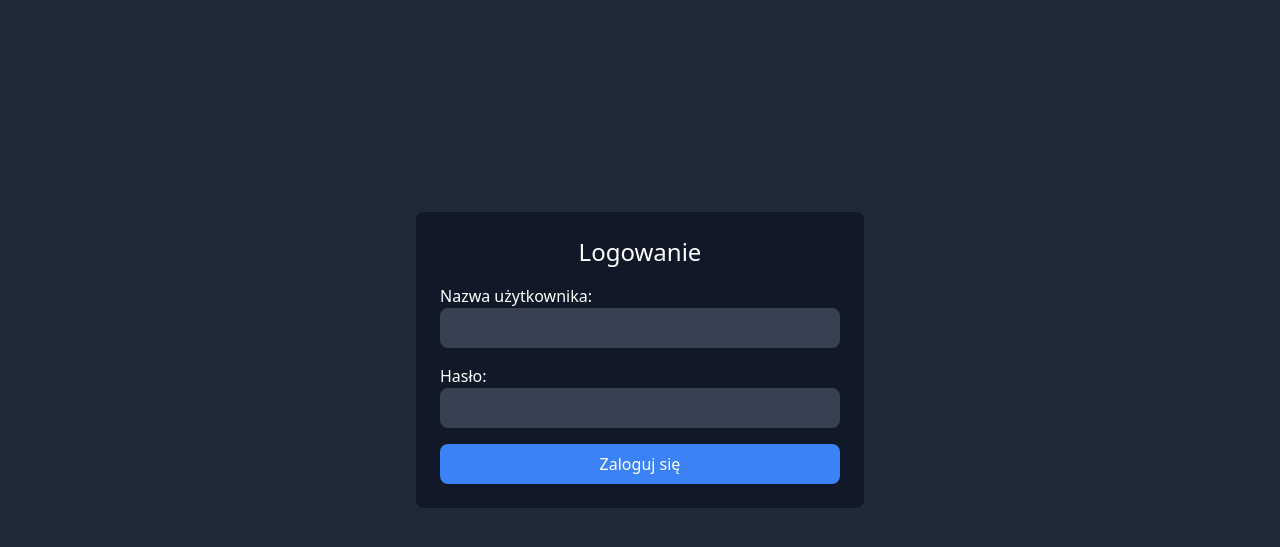
Repository: DaveCala/AplikacjaMeble
Page: http://localhost/login/login.php
These files come from the project's save history. The page is drawn as it stood at one moment and after the next save; the edit follows.
The browser window is 1280 px wide. The pictures show the whole page.
Some web libraries are served in a nearby version. The page is run by PHP 8.4 with error messages shown; the project is at /var/www/html/.

Above is the page before, as saved 2024-11-29 11:33:31.

After the next save:
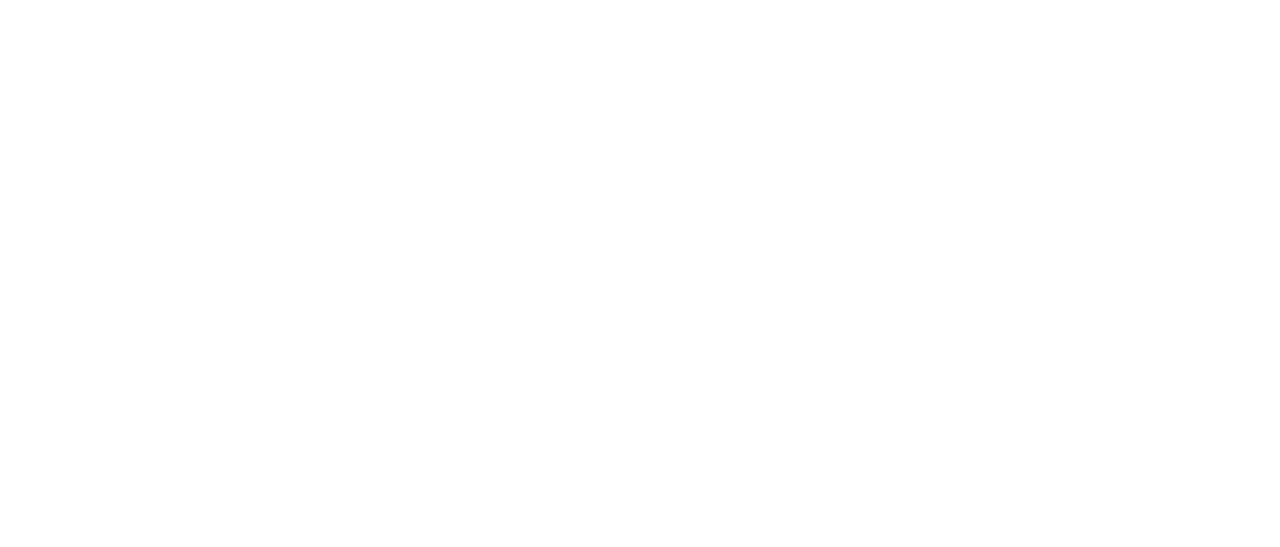
Saved 87 s later.
--- a/login/login.php
+++ b/login/login.php
@@ -37,41 +37,3 @@
     unset($password);
 }
 ?>
-
-<!DOCTYPE html>
-<html lang="pl">
-<head>
-    <meta charset="UTF-8">
-    <meta name="viewport" content="width=device-width, initial-scale=1.0">
-    <title>Logowanie</title>
-    <script src="https://cdn.tailwindcss.com"></script>
-</head>
-<body class="bg-gray-800 flex items-center justify-center min-h-screen">
-
-    <div class="bg-gray-900 p-6 rounded-lg w-full max-w-md">
-        <h1 class="text-white text-2xl mb-4 text-center">Logowanie</h1>
-
-        <!-- Wyświetlanie komunikatu o błędzie -->
-        <?php if (isset($_SESSION['error_message'])) : ?>
-            <div class="bg-red-600 text-white py-2 px-4 rounded-lg mb-4">
-                <?php echo htmlspecialchars($_SESSION['error_message']); ?>
-            </div>
-            <?php unset($_SESSION['error_message']); // Usuwamy komunikat po wyświetleniu ?>
-        <?php endif; ?>
-
-        <!-- Formularz logowania -->
-        <form method="POST" action="login.php">
-            <div class="mb-4">
-                <label for="username" class="block text-white">Nazwa użytkownika:</label>
-                <input type="text" name="username" id="username" class="w-full py-2 px-4 rounded-lg bg-gray-700 text-white" value="<?php echo isset($username) ? htmlspecialchars($username) : ''; ?>">
-            </div>
-            <div class="mb-4">
-                <label for="password" class="block text-white">Hasło:</label>
-                <input type="password" name="password" id="password" class="w-full py-2 px-4 rounded-lg bg-gray-700 text-white">
-            </div>
-            <button type="submit" class="w-full bg-blue-500 py-2 px-4 rounded-lg text-white hover:bg-blue-600">Zaloguj się</button>
-        </form>
-    </div>
-
-</body>
-</html>

After the save that followed:
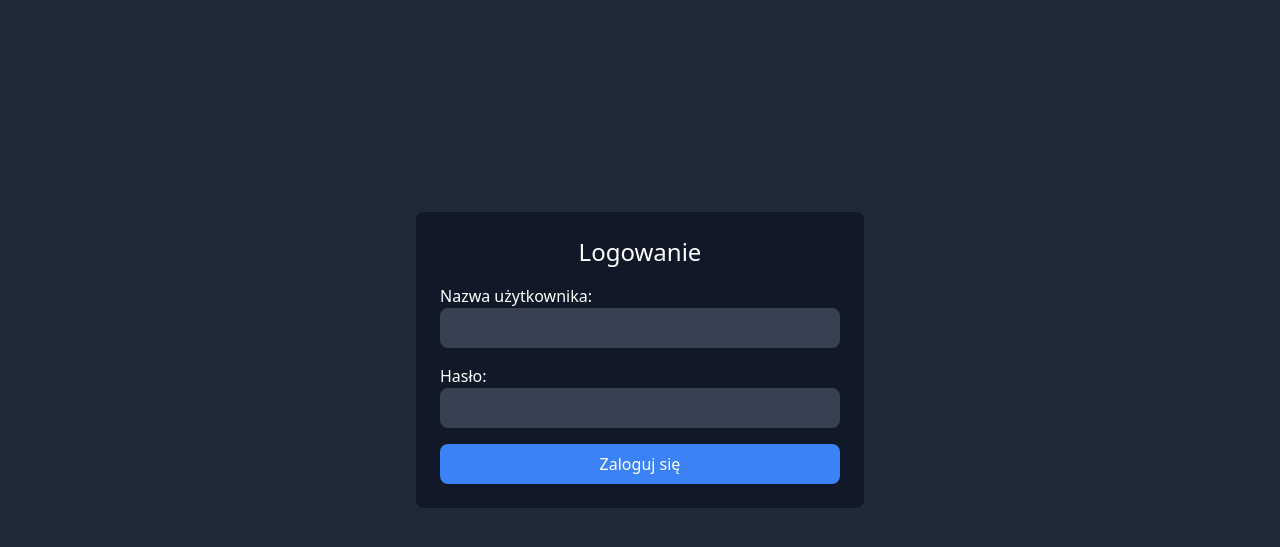
Saved 2 min 16 s later.
--- a/login/login.php
+++ b/login/login.php
@@ -37,3 +37,41 @@
     unset($password);
 }
 ?>
+
+<!DOCTYPE html>
+<html lang="pl">
+<head>
+    <meta charset="UTF-8">
+    <meta name="viewport" content="width=device-width, initial-scale=1.0">
+    <title>Logowanie</title>
+    <script src="https://cdn.tailwindcss.com"></script>
+</head>
+<body class="bg-gray-800 flex items-center justify-center min-h-screen">
+
+    <div class="bg-gray-900 p-6 rounded-lg w-full max-w-md">
+        <h1 class="text-white text-2xl mb-4 text-center">Logowanie</h1>
+
+        <!-- Wyświetlanie komunikatu o błędzie -->
+        <?php if (isset($_SESSION['error_message'])) : ?>
+            <div class="bg-red-600 text-white py-2 px-4 rounded-lg mb-4">
+                <?php echo htmlspecialchars($_SESSION['error_message']); ?>
+            </div>
+            <?php unset($_SESSION['error_message']); // Usuwamy komunikat po wyświetleniu ?>
+        <?php endif; ?>
+
+        <!-- Formularz logowania -->
+        <form method="POST" action="login.php">
+            <div class="mb-4">
+                <label for="username" class="block text-white">Nazwa użytkownika:</label>
+                <input type="text" name="username" id="username" class="w-full py-2 px-4 rounded-lg bg-gray-700 text-white" value="">
+            </div>
+            <div class="mb-4">
+                <label for="password" class="block text-white">Hasło:</label>
+                <input type="password" name="password" id="password" class="w-full py-2 px-4 rounded-lg bg-gray-700 text-white" value="">
+            </div>
+            <button type="submit" class="w-full bg-blue-500 py-2 px-4 rounded-lg text-white hover:bg-blue-600">Zaloguj się</button>
+        </form>
+    </div>
+
+</body>
+</html>
